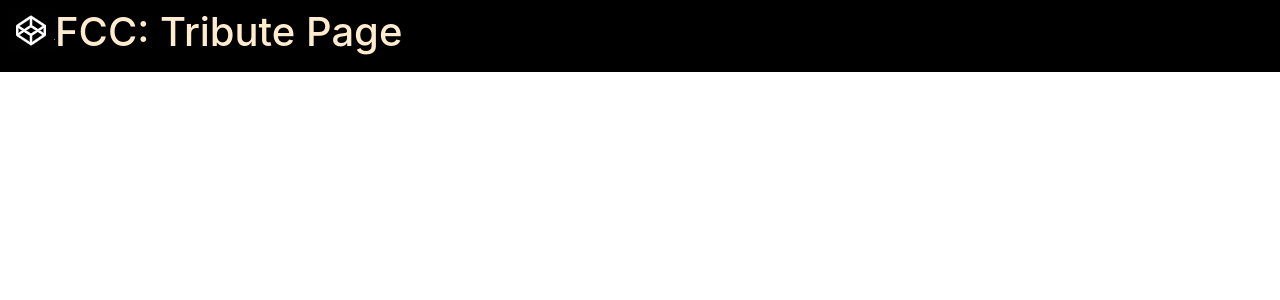
Repository: AbdulWahabRaza123/tributePage
Page: index.html
An editor plug-in stored every save of this project. The page is shown before and after the next save, followed by the edit.
The browser window is 1280 px wide. The pictures show the whole page.

Above is the page before, as saved 2021-09-02 15:29:15.

### index.html
<!doctype html>
<html lang="en">

<head>
    <!-- Required meta tags -->
    <meta charset="utf-8">
    <meta name="viewport" content="width=device-width, initial-scale=1, shrink-to-fit=no">

    <!-- Bootstrap CSS -->
    <link rel="stylesheet" href="https://cdn.jsdelivr.net/npm/bootstrap@4.6.0/dist/css/bootstrap.min.css" integrity="sha384-B0vP5xmATw1+K9KRQjQERJvTumQW0nPEzvF6L/Z6nronJ3oUOFUFpCjEUQouq2+l" crossorigin="anonymous">

    <title>FCC: Tribute Page</title>
    <link rel="stylesheet" href="new.css">
</head>

<body>
    <header>
        <img id="image" src="logo.PNG " alt="Logo " width:4px height:4px>
        <class id="Web-Name">
            <h1>FCC: Tribute Page</h1>
        </class>
    </header>

    <!-- Optional JavaScript; choose one of the two! -->

    <!-- Option 1: jQuery and Bootstrap Bundle (includes Popper) -->
    <script src="https://code.jquery.com/jquery-3.5.1.slim.min.js " integrity="sha384-DfXdz2htPH0lsSSs5nCTpuj/zy4C+OGpamoFVy38MVBnE+IbbVYUew+OrCXaRkfj " crossorigin="anonymous "></script>
    <script src="https://cdn.jsdelivr.net/npm/bootstrap@4.6.0/dist/js/bootstrap.bundle.min.js " integrity="sha384-Piv4xVNRyMGpqkS2by6br4gNJ7DXjqk09RmUpJ8jgGtD7zP9yug3goQfGII0yAns " crossorigin="anonymous "></script>

    <!-- Option 2: Separate Popper and Bootstrap JS -->
    <!--
    <script src="https://code.jquery.com/jquery-3.5.1.slim.min.js " integrity="sha384-DfXdz2htPH0lsSSs5nCTpuj/zy4C+OGpamoFVy38MVBnE+IbbVYUew+OrCXaRkfj " crossorigin="anonymous "></script>
    <script src="https://cdn.jsdelivr.net/npm/popper.js@1.16.1/dist/umd/popper.min.js " integrity="sha384-9/reFTGAW83EW2RDu2S0VKaIzap3H66lZH81PoYlFhbGU+6BZp6G7niu735Sk7lN " crossorigin="anonymous "></script>
    <script src="https://cdn.jsdelivr.net/npm/bootstrap@4.6.0/dist/js/bootstrap.min.js " integrity="sha384-+YQ4JLhjyBLPDQt//I+STsc9iw4uQqACwlvpslubQzn4u2UU2UFM80nGisd026JF " crossorigin="anonymous "></script>
    -->
</body>

</html>

### new.css
header {
    background-color: black;
    padding: 8px;
}

#image {
    float: left;
}

h1 {
    color: blanchedalmond;
}

After the next save:
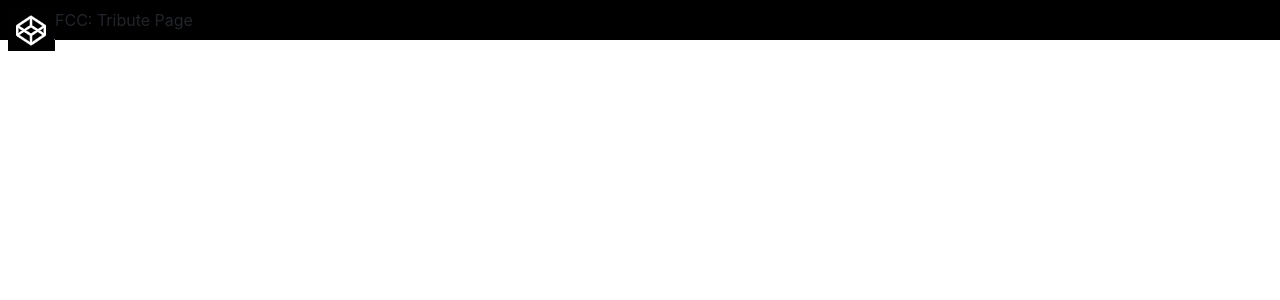
Saved 22 s later.
--- a/index.html
+++ b/index.html
@@ -17,7 +17,7 @@
     <header>
         <img id="image" src="logo.PNG " alt="Logo " width:4px height:4px>
         <class id="Web-Name">
-            <h1>FCC: Tribute Page</h1>
+            FCC: Tribute Page
         </class>
     </header>
 
